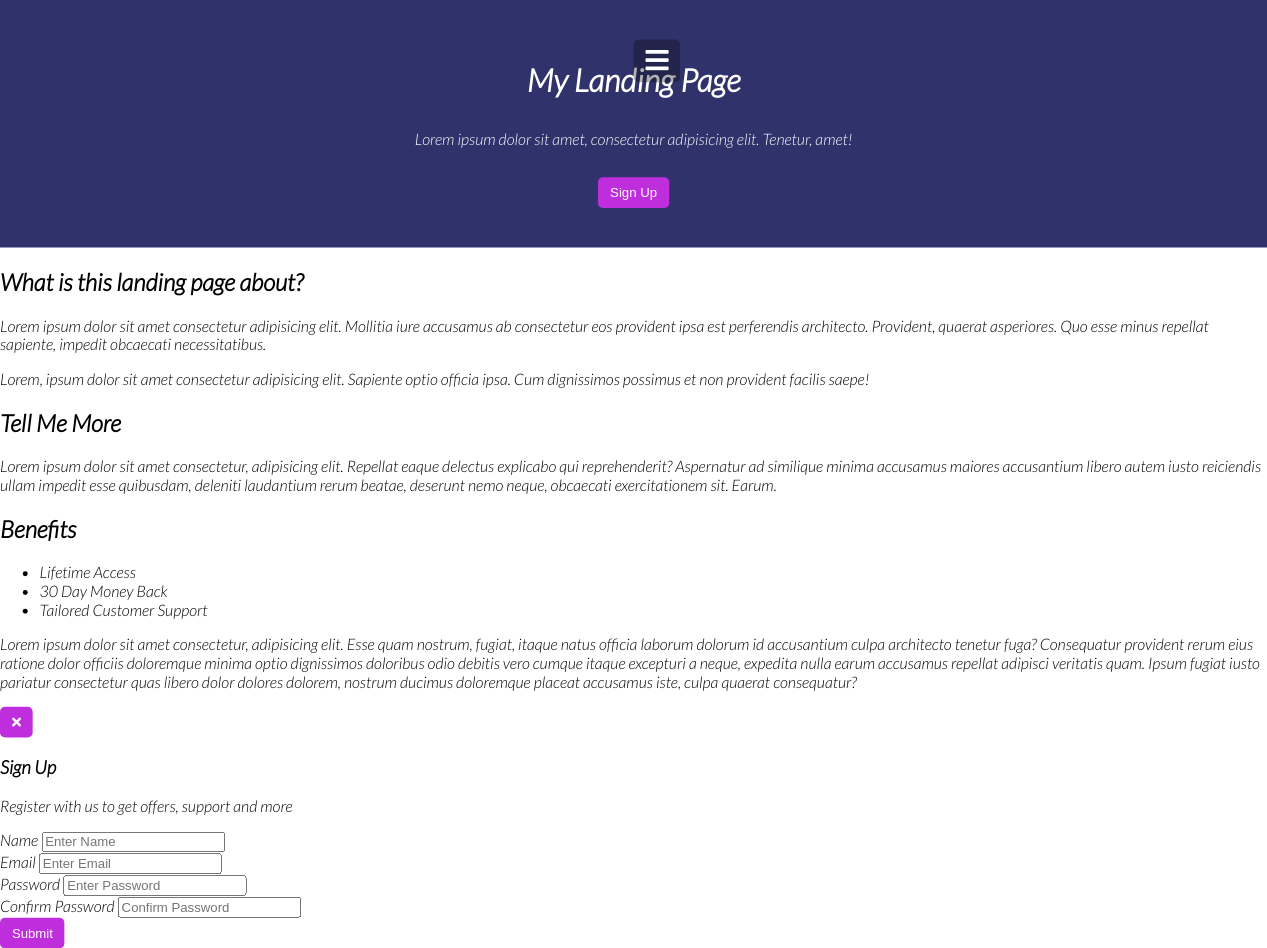
Repository: CAMPSLOPY/MenuSliderWithLandingPage
Page: index.html
The author's editor kept a copy of each file at every save. The page is drawn from the files as they stood at one save, then again after the next save.
The browser window is 1280 px wide. The pictures show the whole page, at 99% of full size.
Some web libraries are served in a nearby version.

Above is the page before, as saved 2021-01-21 15:04:33.

### index.html
<!DOCTYPE html>
<html lang="en">
  <head>
    <meta charset="UTF-8" />
    <meta name="viewport" content="width=device-width, initial-scale=1.0" />
    <meta http-equiv="X-UA-Compatible" content="ie=edge" />
    <meta name="robots" content="index,follow" />
    <meta
      name="description"
      content="This App shows on menu bar is been controlled with Html,Css and Javascript.."
    />
    <link
      rel="stylesheet"
      href="https://cdnjs.cloudflare.com/ajax/libs/font-awesome/5.11.2/css/all.min.css"
      integrity="sha256-+N4/V/SbAFiW1MPBCXnfnP9QSN3+Keu+NlB+0ev/YKQ="
      crossorigin="anonymous"
    />

    <link rel="stylesheet" href="/styles.css" />
    <link rel="icon" href="/004-photos.png" />
    <title>MenuSliderPage</title>
  </head>
  <body>
    <nav>
      <div class="logo">
        <img src="https://randomuser.me/api/portraits/men/76.jpg" alt="user" />
      </div>
      <ul>
        <li><a href="#">Home</a></li>
        <li><a href="#">Portfolio</a></li>
        <li><a href="#">Blog</a></li>
        <li><a href="#">Contact Me</a></li>
      </ul>
    </nav>

    <header>
      <button id="toggle" class="toggle">
        <i class="fa fa-bars fa-2x"></i>
      </button>

      <h1>My Landing Page</h1>

      <p>
        Lorem ipsum dolor sit amet, consectetur adipisicing elit. Tenetur, amet!
      </p>

      <button class="cta-btn" id="open">Sign Up</button>
    </header>

    <div class="container">
      <h2>What is this landing page about?</h2>
      <p>
        Lorem ipsum dolor sit amet consectetur adipisicing elit. Mollitia iure
        accusamus ab consectetur eos provident ipsa est perferendis architecto.
        Provident, quaerat asperiores. Quo esse minus repellat sapiente, impedit
        obcaecati necessitatibus.
      </p>
      <p>
        Lorem, ipsum dolor sit amet consectetur adipisicing elit. Sapiente optio
        officia ipsa. Cum dignissimos possimus et non provident facilis saepe!
      </p>

      <h2>Tell Me More</h2>

      <p>
        Lorem ipsum dolor sit amet consectetur, adipisicing elit. Repellat eaque
        delectus explicabo qui reprehenderit? Aspernatur ad similique minima
        accusamus maiores accusantium libero autem iusto reiciendis ullam
        impedit esse quibusdam, deleniti laudantium rerum beatae, deserunt nemo
        neque, obcaecati exercitationem sit. Earum.
      </p>

      <h2>Benefits</h2>
      <ul>
        <li>Lifetime Access</li>
        <li>30 Day Money Back</li>
        <li>Tailored Customer Support</li>
      </ul>

      <p>
        Lorem ipsum dolor sit amet consectetur, adipisicing elit. Esse quam
        nostrum, fugiat, itaque natus officia laborum dolorum id accusantium
        culpa architecto tenetur fuga? Consequatur provident rerum eius ratione
        dolor officiis doloremque minima optio dignissimos doloribus odio
        debitis vero cumque itaque excepturi a neque, expedita nulla earum
        accusamus repellat adipisci veritatis quam. Ipsum fugiat iusto pariatur
        consectetur quas libero dolor dolores dolorem, nostrum ducimus
        doloremque placeat accusamus iste, culpa quaerat consequatur?
      </p>
    </div>

    <!-- Modal -->
    <div class="modal-container" id="modal">
      <div class="modal">
        <button class="close-btn" id="close">
          <i class="fa fa-times"></i>
        </button>
        <div class="modal-header">
          <h3>Sign Up</h3>
        </div>
        <div class="modal-content">
          <p>Register with us to get offers, support and more</p>
          <form class="modal-form">
            <div>
              <label for="name">Name</label>
              <input
                type="text"
                id="name"
                placeholder="Enter Name"
                class="form-input"
              />
            </div>
            <div>
              <label for="email">Email</label>
              <input
                type="email"
                id="email"
                placeholder="Enter Email"
                class="form-input"
              />
            </div>
            <div>
              <label for="password">Password</label>
              <input
                type="password"
                id="password"
                placeholder="Enter Password"
                class="form-input"
              />
            </div>
            <div>
              <label for="password2">Confirm Password</label>
              <input
                type="password"
                id="password2"
                placeholder="Confirm Password"
                class="form-input"
              />
            </div>
            <input type="submit" value="Submit" class="submit-btn" />
          </form>
        </div>
      </div>
    </div>
    <script src="app.js"></script>
  </body>
</html>

### styles.css
@import url("https://fonts.googleapis.com/css2?family=Lato:ital,wght@1,300&display=swap");

:root {
  --modal-duration: 1s;
  --primary-color: #30336b;
  --secondary-color: #be2edd;
}
* {
  box-sizing: border-box;
}
body {
  font-family: "Lato", sans-serif;
  margin: 0;
}

/* NAVBAR STYLING */
nav {
  width: 200px;
  height: 100vh;
  position: fixed;
  top: 0;
  left: 0;
  background-color: var(--primary-color);
  transform: translateX(-100%);
  border-right: 2px solid rgba(200, 200, 200, 0.1);
  color: #fff;
  z-index: 100;
}

nav .logo {
  text-align: center;
  padding: 30px 0;
  margin: auto;
}

nav img {
  width: 75px;
  height: 75px;
  border-radius: 50%;
}

nav ul {
  list-style-type: none;
  padding: 0;
  margin: 0;
}
nav ul li {
  border-bottom: 2px solid rgba(200, 200, 200, 0.1);
  padding: 20px;
}
nav ul li:first-of-type {
  border-top: 2px solid rgba(200, 200, 200, 0.1);
}
nav ul li a {
  text-decoration: none;
  color: #fff;
}
nav ul li a:hover {
  text-decoration: underline;
}

/* STYLING THE MAIN PAGE */

/* HEADER SECTION */
header {
  color: #fff;
  background-color: var(--primary-color);
  position: relative;
  text-align: center;
  width: 100vw;
  min-height: 20vh;
  padding: 2.5rem 0.9375rem;
}
header p {
  margin: 30px 0;
}
button,
input[type="submit"] {
  background-color: var(--secondary-color);
  border: 0;
  border-radius: 5px;
  padding: 8px 12px;
  color: #fff;
  cursor: pointer;
}
button:focus {
  outline: none;
}

.toggle {
  position: absolute;
  background: rgba(0, 0, 0, 0.3);
}

Loaded but not shown: app.js (no copy from this time; the picture is the same without it)

After the next save:
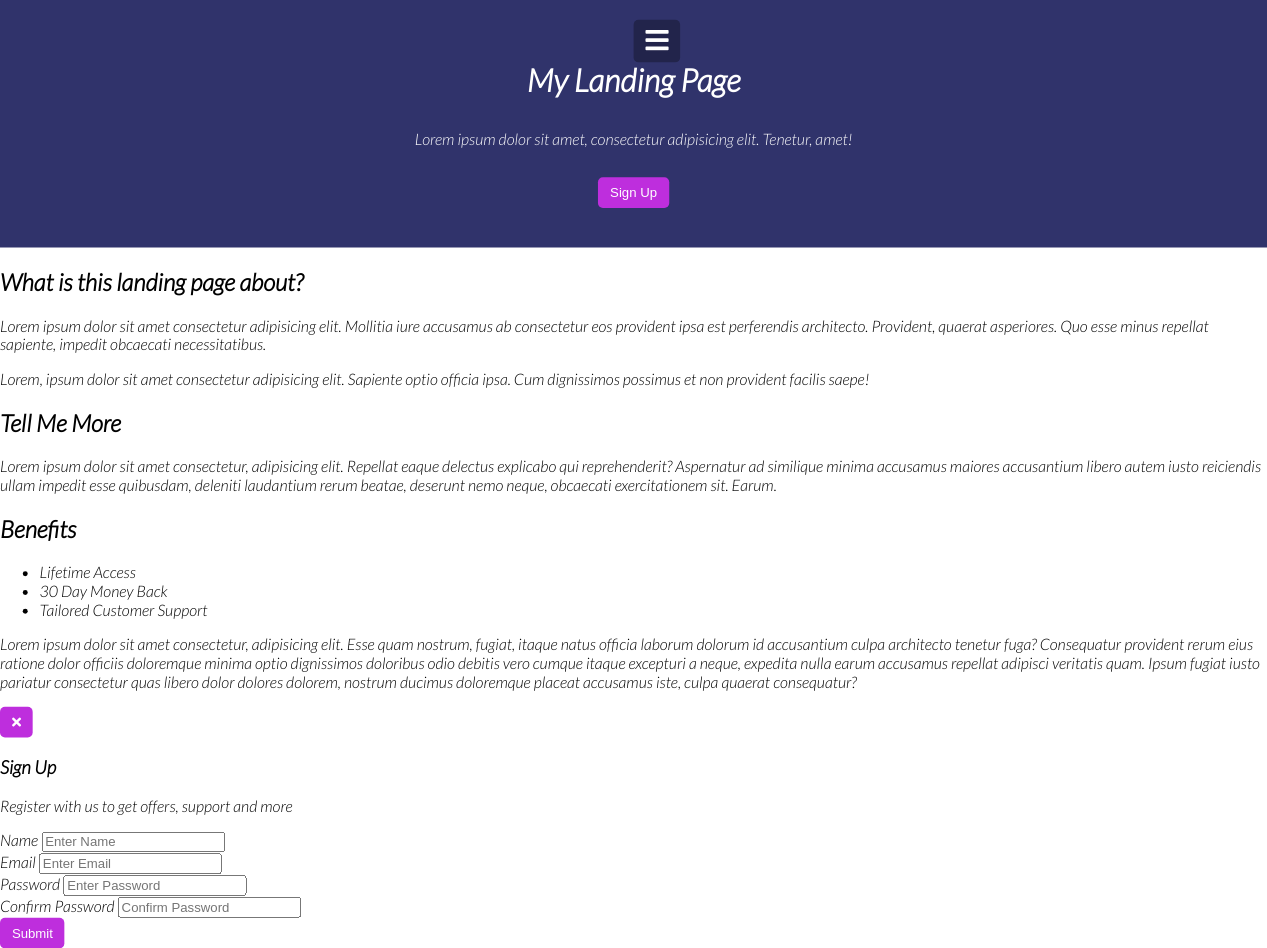
Saved 46 s later.
--- a/styles.css
+++ b/styles.css
@@ -90,4 +90,5 @@ button:focus {
 .toggle {
   position: absolute;
   background: rgba(0, 0, 0, 0.3);
+  top: 20px;
 }
